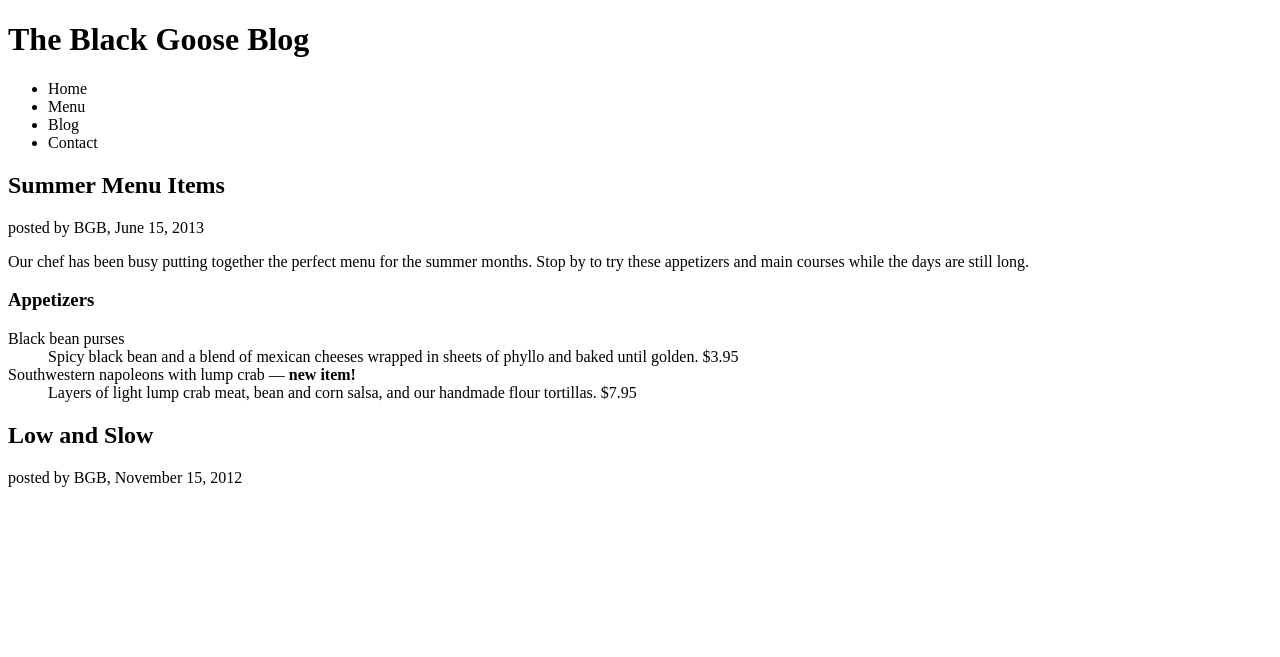
Repository: Lithium87/WebDesign
Page: Bistro/blog.html
These files come from the project's save history. The page is drawn as it stood at one moment and after the next save; the edit follows.
The browser window is 1280 px wide. The pictures show the whole page.

Above is the page before, as saved 2020-04-08 15:40:52.

After the next save:
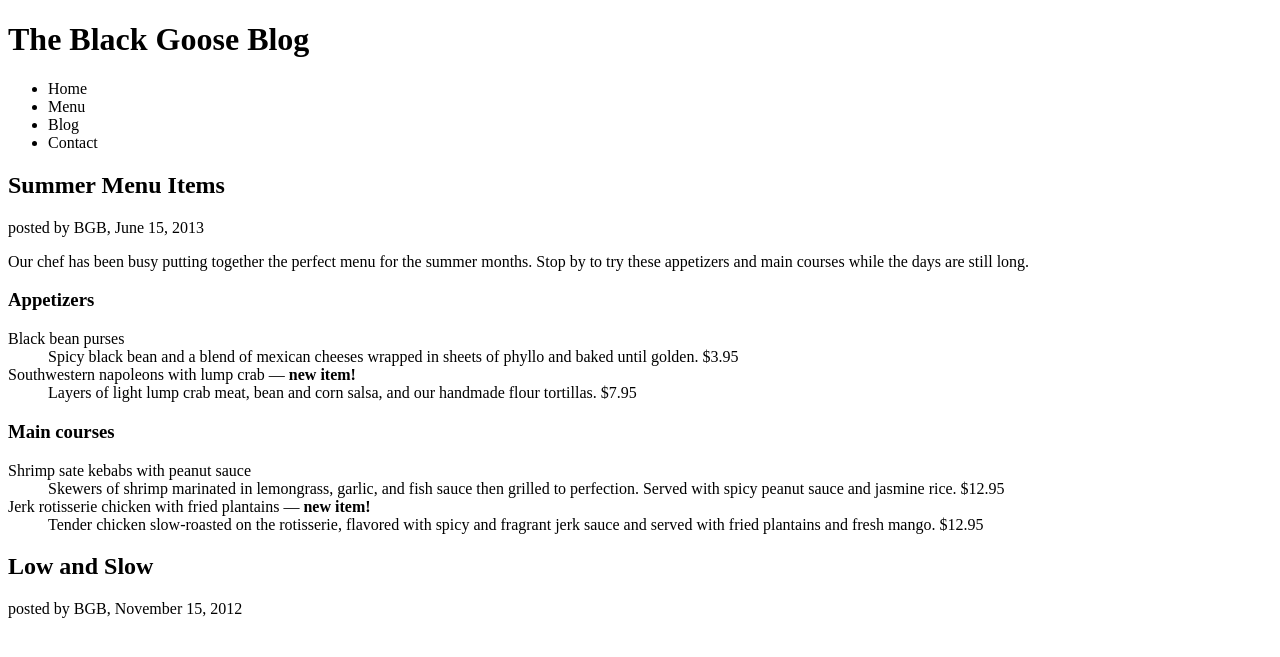
Saved 7 min 23 s later.
--- a/Bistro/blog.html
+++ b/Bistro/blog.html
@@ -27,11 +27,24 @@
         </header>
         <p>Our chef has been busy putting together the perfect menu for the summer months. Stop by to try these appetizers and main courses while the days are still long.</p>
         <section id="appetizers">
-            <h3>Appetizers</h3>
-            <dl> <dt>Black bean purses</dt>
-                <dd>Spicy black bean and a blend of mexican cheeses wrapped in sheets of phyllo and baked until golden. <span class="price">$3.95</span></dd> <dt class="newitem">Southwestern napoleons with lump crab &mdash; <strong>new item!</strong><dt>      <dd>Layers of light lump crab meat, bean and corn salsa, and our handmade flour tortillas. <span class="price">$7.95</span></dd>    </dl>
+            <h3>Appetizers </h3>
+            <dl>
+                <dt>Black bean purses</dt>
+                <dd>Spicy black bean and a blend of mexican cheeses wrapped in sheets of phyllo and baked until golden. <span class="price">$3.95</span></dd>
+                <dt class="newitem">Southwestern napoleons with lump crab &mdash; <strong>new item!</strong><dt>
+                <dd>Layers of light lump crab meat, bean and corn salsa, and our handmade flour tortillas. <span class="price">$7.95</span></dd>
+            </dl>
         </section>
-        <section id="maincourses"></section>
+        <section id="maincourses">
+            <h3>Main courses</h3>
+            <dl>
+                <dt>Shrimp sate kebabs with peanut sauce</dt>
+                <dd>Skewers of shrimp marinated in lemongrass, garlic, and fish sauce then grilled to perfection. Served with spicy peanut sauce and jasmine rice. <span class="price">$12.95</span></dd>
+
+                <dt class="newitem">Jerk rotisserie chicken with fried plantains &mdash; <strong>new item!</strong></dt>
+                <dd>Tender chicken slow-roasted on the rotisserie, flavored with spicy and fragrant jerk sauce and served with fried plantains and fresh mango. <span class="price">$12.95</span></dd>
+            </dl>
+        </section>
     </article>
 
     <article>
@@ -41,4 +54,5 @@
         </header>
     </article>
 </body>
+
 </html>
